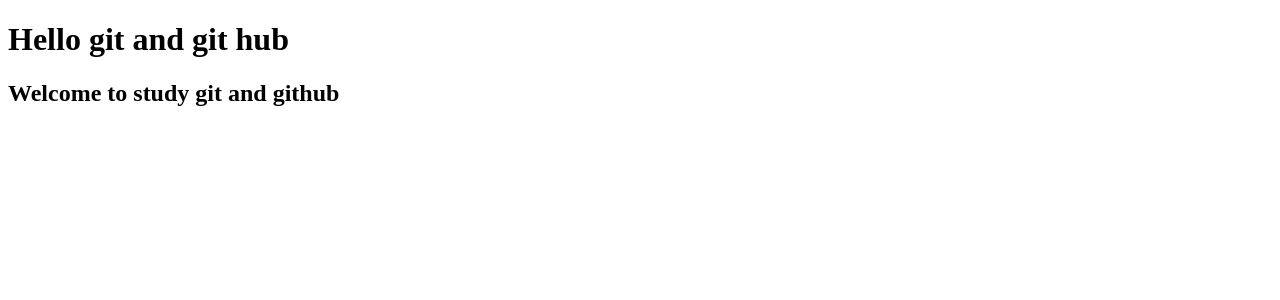
Repository: superkoung/myFile
Page: index.html
An editor plug-in stored every save of this project. The page is shown before and after the next save, followed by the edit.
The browser window is 1280 px wide. The pictures show the whole page.

Above is the page before, as saved 2026-02-09 13:33:25.

### index.html
<!DOCTYPE html>
<html lang="en">
<head>
    <meta charset="UTF-8">
    <meta name="viewport" content="width=device-width, initial-scale=1.0">
    <title>Document</title>
</head>
<body>
    <h1>Hello git and git hub</h1>
    <h2>Welcome to study git and github</h2>
</body>
</html>

After the next save:
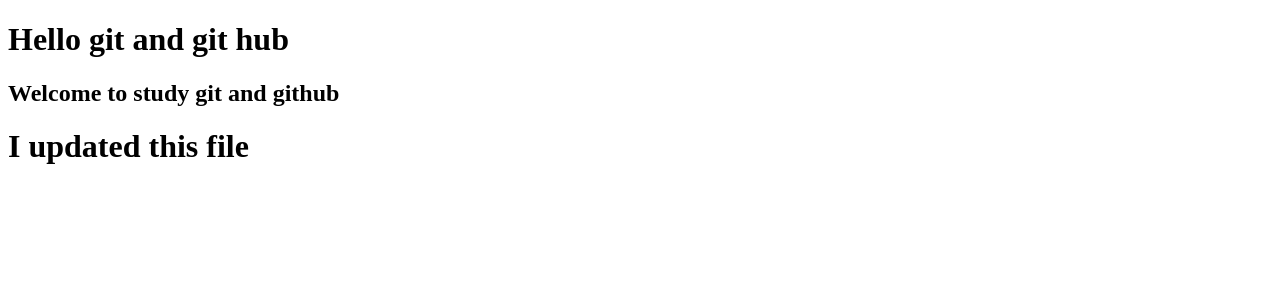
Saved 39 min 31 s later.
--- a/index.html
+++ b/index.html
@@ -8,5 +8,28 @@
 <body>
     <h1>Hello git and git hub</h1>
     <h2>Welcome to study git and github</h2>
+    <h1>I updated this file</h1>
+    <!DOCTYPE html>
+    <!--[if lt IE 7]>      <html class="no-js lt-ie9 lt-ie8 lt-ie7"> <![endif]-->
+    <!--[if IE 7]>         <html class="no-js lt-ie9 lt-ie8"> <![endif]-->
+    <!--[if IE 8]>         <html class="no-js lt-ie9"> <![endif]-->
+    <!--[if gt IE 8]>      <html class="no-js"> <!--<![endif]-->
+    <html>
+        <head>
+            <meta charset="utf-8">
+            <meta http-equiv="X-UA-Compatible" content="IE=edge">
+            <title></title>
+            <meta name="description" content="">
+            <meta name="viewport" content="width=device-width, initial-scale=1">
+            <link rel="stylesheet" href="">
+        </head>
+        <body>
+            <!--[if lt IE 7]>
+                <p class="browsehappy">You are using an <strong>outdated</strong> browser. Please <a href="#">upgrade your browser</a> to improve your experience.</p>
+            <![endif]-->
+
+            <script src="" async defer></script>
+        </body>
+    </html>
 </body>
 </html>
